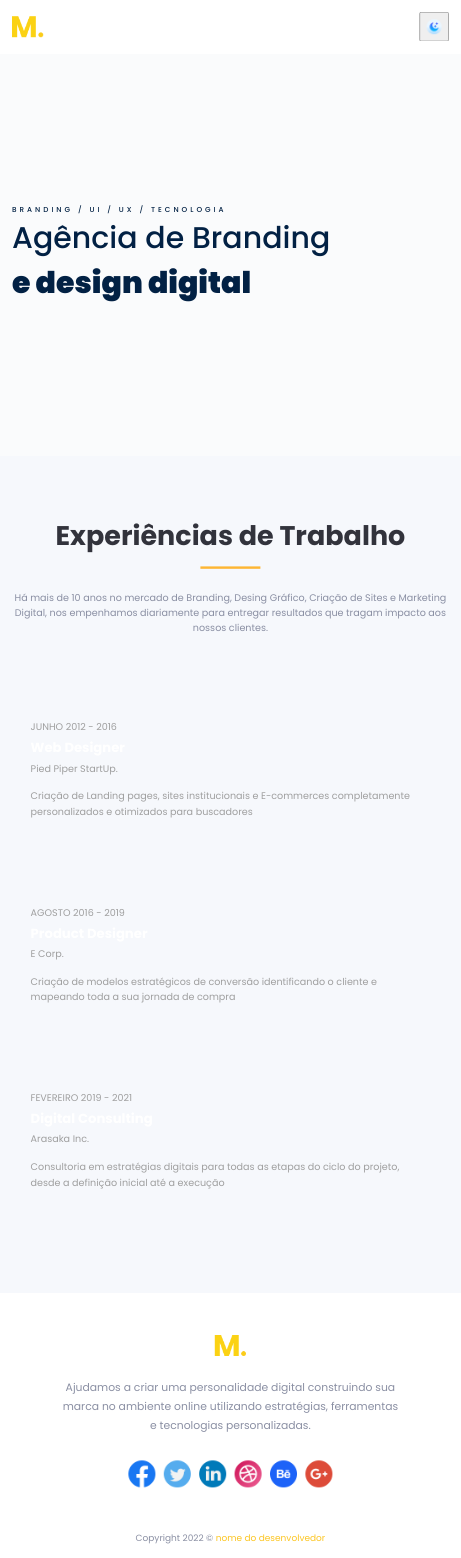
Repository: Daniells642/agencia-digital
Page: /
The author's editor kept a copy of each file at every save. The page is drawn from the files as they stood at one save, then again after the next save.
The browser window is 768 px wide. The pictures show the whole page, at 60% of full size.
The project was rebuilt for these pictures with package versions that can differ from the ones it lists, and the page was loaded fresh each time.

Above is the page before, as saved 2022-12-02 22:22:53.

After the next save:
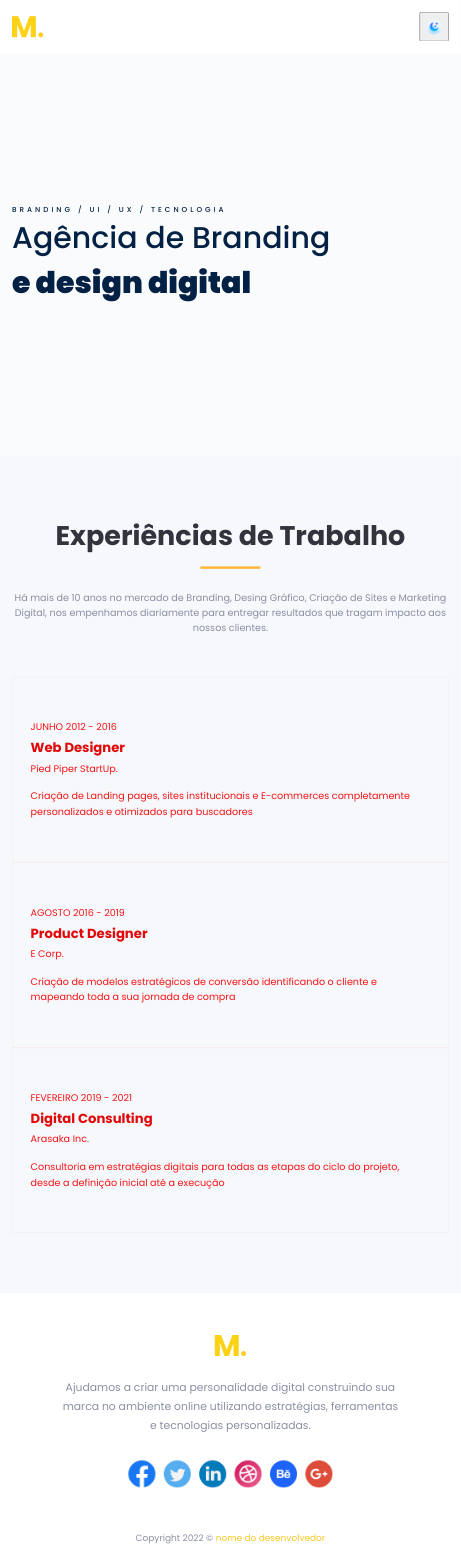
Saved 109 s later.
--- a/src/componentes/Card/style.css
+++ b/src/componentes/Card/style.css
@@ -1,61 +1,62 @@
 #card {
-  width: 33%;
-  padding: 70px 30px;
-  display: flex;
-  flex-direction: column;
-  cursor: pointer;
-}
+    width: 33%;
+    padding: 70px 30px;
+    display: flex;
+    flex-direction: column;
+    cursor: pointer;
+  }
 
-#card:hover{
-  background-color: #feb633;
-  transition: all 1s;
-}
+  #card:hover{
+    background-color: #feb633;
+    transition: all 1s;
+  }
 
-#card h4 {
-  font-size: 22px;
-  margin-bottom: 5px;
-}
+  #card h4 {
+    font-size: 22px;
+    margin-bottom: 5px;
+  }
 
-#card p {
-  font-size: 16px;
-  font-weight: 400;
-  line-height: 26px;
-}
+  #card p {
+    font-size: 16px;
+    font-weight: 400;
+    line-height: 26px;
+  }
 
-.card-modo-claro {
-  border: 1px solid #edecec;
-}
+  .card-modo-claro {
+    border: 1px solid #edecec;
+  }
 
-.card-modo-claro h4 {
-  color: #32333a;
-}
+  .card-modo-claro h4 {
+    color: #32333a;
+  }
 
-.card-modo-claro p {
-  color: #8a8fa3;
-}
+  .card-modo-claro p {
+    color: #8a8fa3;
+  }
 
-.card-modo-escuro {
-  border: 1px solid #ffffff0d;
-}
+  .primeiroParagrafo {
+    margin-bottom: 5px;
+  }
 
-.card-modo-escuro h4{
-  color: #ffffff;
-}
+  .segundoParagrafo {
+    margin-bottom: 20px;
+  }
 
-.card-modo-escuro p {
-  color: #9F9F9F;
-}
+  @media screen and (max-width: 768px) {
+    #card {
+      width: auto;
+    }
+  }
 
-.primeiroParagrafo {
-  margin-bottom: 5px;
-}
+/*modo escuro*/
+  .card-modo-escuro {
+    border: 1px solid #f506060d;
+  }
 
-.segundoParagrafo {
-  margin-bottom: 20px;
-}
+  .card-modo-escuro h4{
+    color: #e00808;
+  }
 
-@media screen and (max-width: 768px) {
-  #card {
-    width: auto;
+  .card-modo-escuro p {
+    color: #f71515;
   }
-}
